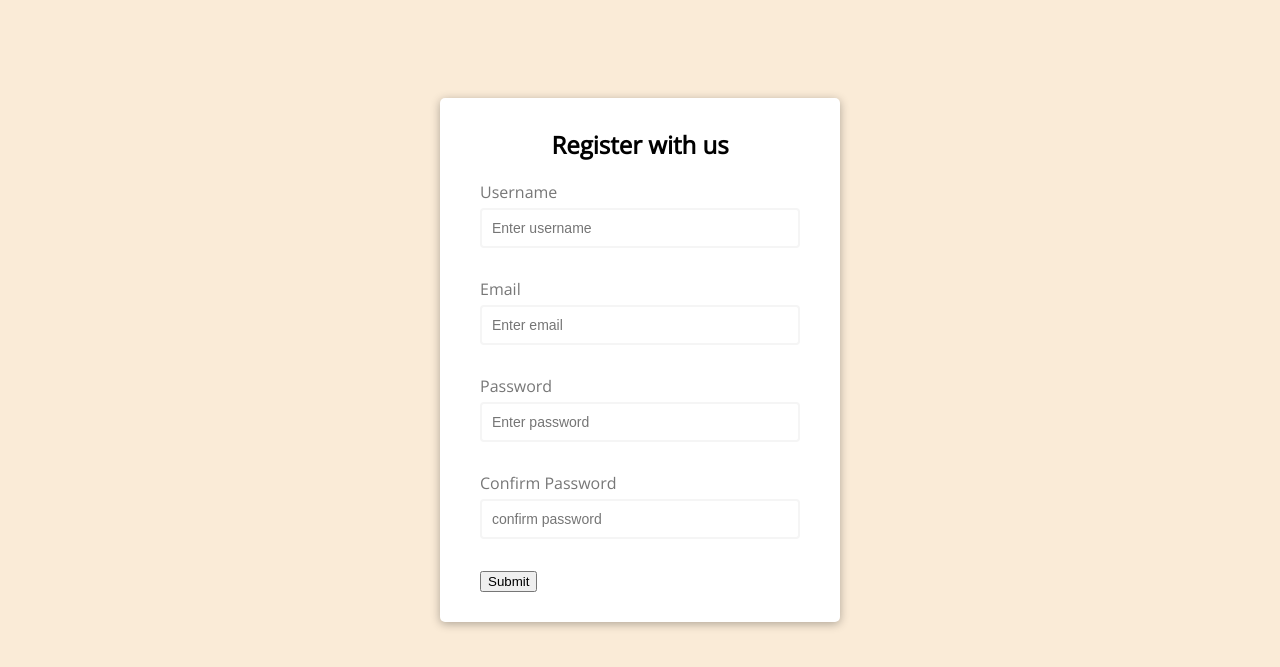
Repository: Azariagmt/Vanilla-javascript
Page: Form-Validator/index.html
These files come from the project's save history. The page is drawn as it stood at one moment and after a run of saves; the edit follows.
The browser window is 1280 px wide. The pictures show the whole page.

Above is the page before, as saved 2020-04-20 09:55:30.

After the next 8 saves:
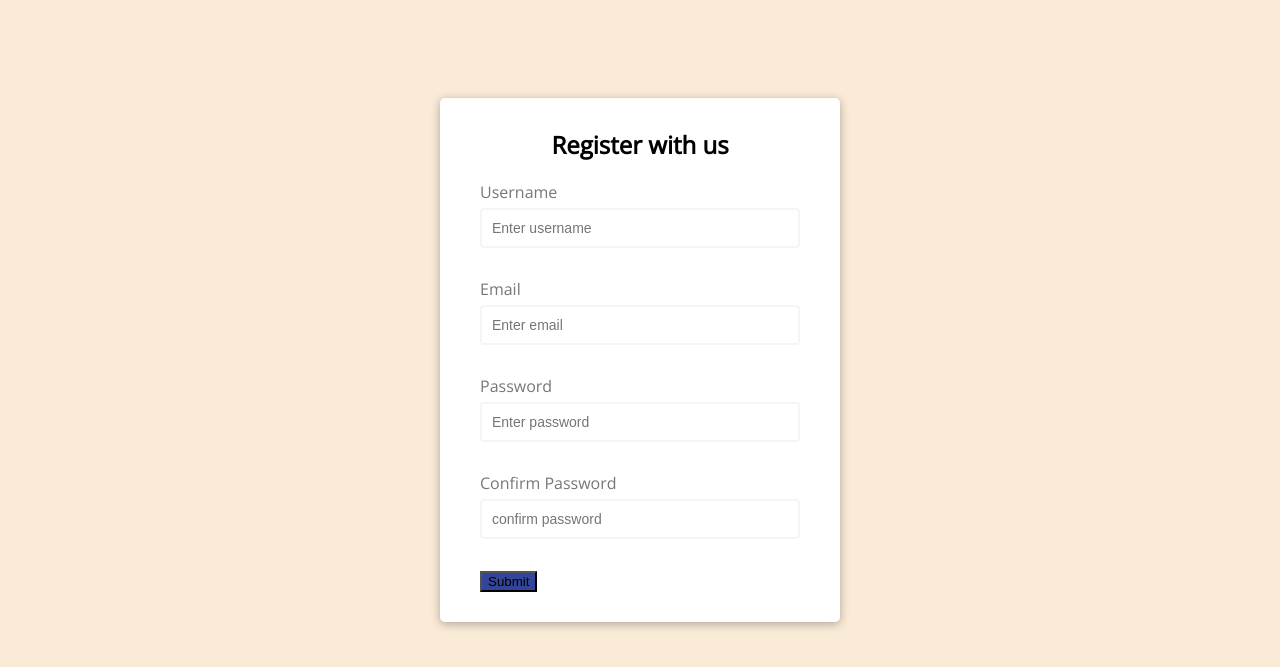
The 8 saves are shown as one change because they came seconds apart.
The last was saved 64 s later.
--- a/Form-Validator/style.css
+++ b/Form-Validator/style.css
@@ -72,5 +72,6 @@ h2{
 }
 
 .form button{
-
+    cursor: pointer;
+    background-color: #349
 }
